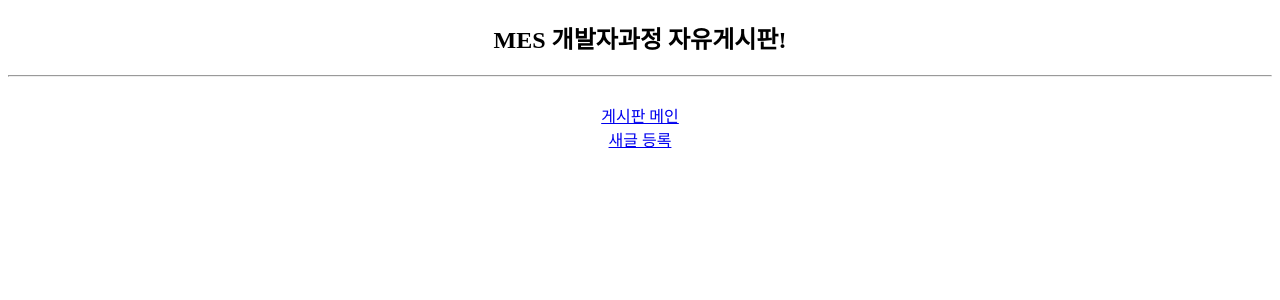
Repository: fffight88/MESboard
Page: http://localhost/practice_board_mvc/jsp/index.jsp
An editor plug-in stored every save of this project. The page is shown before and after the next save, followed by the edit.
The browser window is 1280 px wide. The pictures show the whole page.
The page is served by Tomcat 9. Other server files are loaded and not shown.

Above is the page before, as saved 2022-09-15 06:13:00.

### practice_board_mvc/src/main/webapp/jsp/index.jsp
<%@ page language="java" contentType="text/html; charset=UTF-8"
    pageEncoding="UTF-8"%>
<!DOCTYPE html>
<html>
<head>
<meta charset="UTF-8">
<title>MES 개발자과정 통합게시판</title>
</head>
<body>
	<div align="center">
		<h2>MES 개발자과정 자유게시판!</h2>
		<hr>
		<br>
		<a href="${ pageContext.request.contextPath }/board/list.do">게시판 메인</a><br>
<!-- 		<a href="${ pageContext.request.contextPath }/board/writeForm.do" target='_blank'>새글 등록</a><br>
		<a href="${ pageContext.request.contextPath }/login/loginForm.do" target='_blank'>로그인</a><br>
		<a href="${ pageContext.request.contextPath }/login/joinForm.do" target='_blank'>회원가입</a><br>  -->
		<a href="${ pageContext.request.contextPath }/board/writeForm.do" onclick="window.open(this.href, 'writeForm', 'width=700, height=500')">새글 등록</a>
	</div>
</body>
</html>

After the next save:
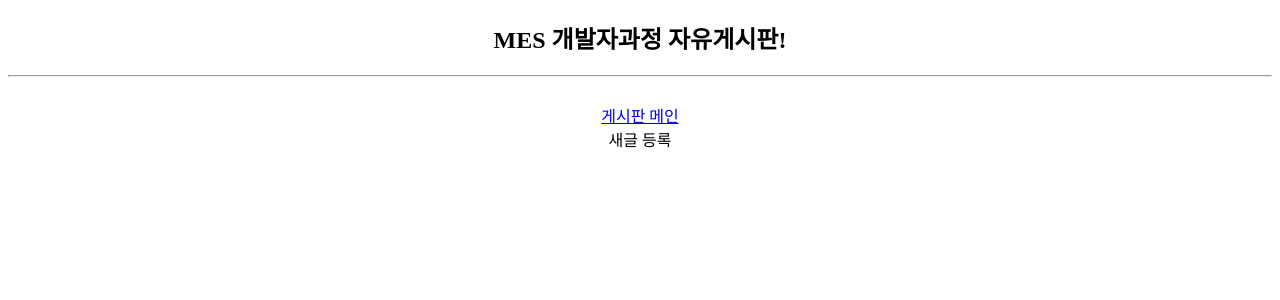
Saved 2 min 21 s later.
--- a/practice_board_mvc/src/main/webapp/jsp/index.jsp
+++ b/practice_board_mvc/src/main/webapp/jsp/index.jsp
@@ -15,7 +15,7 @@
 <!-- 		<a href="${ pageContext.request.contextPath }/board/writeForm.do" target='_blank'>새글 등록</a><br>
 		<a href="${ pageContext.request.contextPath }/login/loginForm.do" target='_blank'>로그인</a><br>
 		<a href="${ pageContext.request.contextPath }/login/joinForm.do" target='_blank'>회원가입</a><br>  -->
-		<a href="${ pageContext.request.contextPath }/board/writeForm.do" onclick="window.open(this.href, 'writeForm', 'width=700, height=500')">새글 등록</a>
+		<a onclick="window.open(href='${ pageContext.request.contextPath }/board/writeForm.do', 'writeForm', 'width=700, height=500')">새글 등록</a>
 	</div>
 </body>
 </html>

After the save that followed:
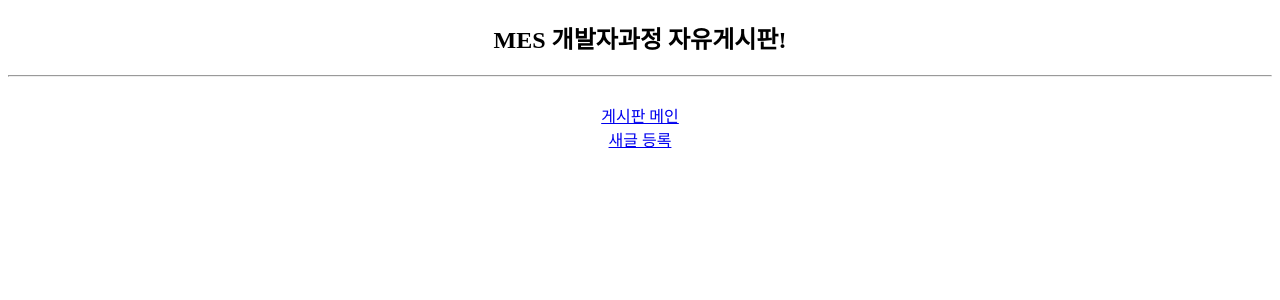
Saved 107 s later.
--- a/practice_board_mvc/src/main/webapp/jsp/index.jsp
+++ b/practice_board_mvc/src/main/webapp/jsp/index.jsp
@@ -15,7 +15,7 @@
 <!-- 		<a href="${ pageContext.request.contextPath }/board/writeForm.do" target='_blank'>새글 등록</a><br>
 		<a href="${ pageContext.request.contextPath }/login/loginForm.do" target='_blank'>로그인</a><br>
 		<a href="${ pageContext.request.contextPath }/login/joinForm.do" target='_blank'>회원가입</a><br>  -->
-		<a onclick="window.open(href='${ pageContext.request.contextPath }/board/writeForm.do', 'writeForm', 'width=700, height=500')">새글 등록</a>
+		<a href="window.open(href='${ pageContext.request.contextPath }/board/writeForm.do', 'writeForm', 'width=700, height=500')">새글 등록</a>
 	</div>
 </body>
 </html>
